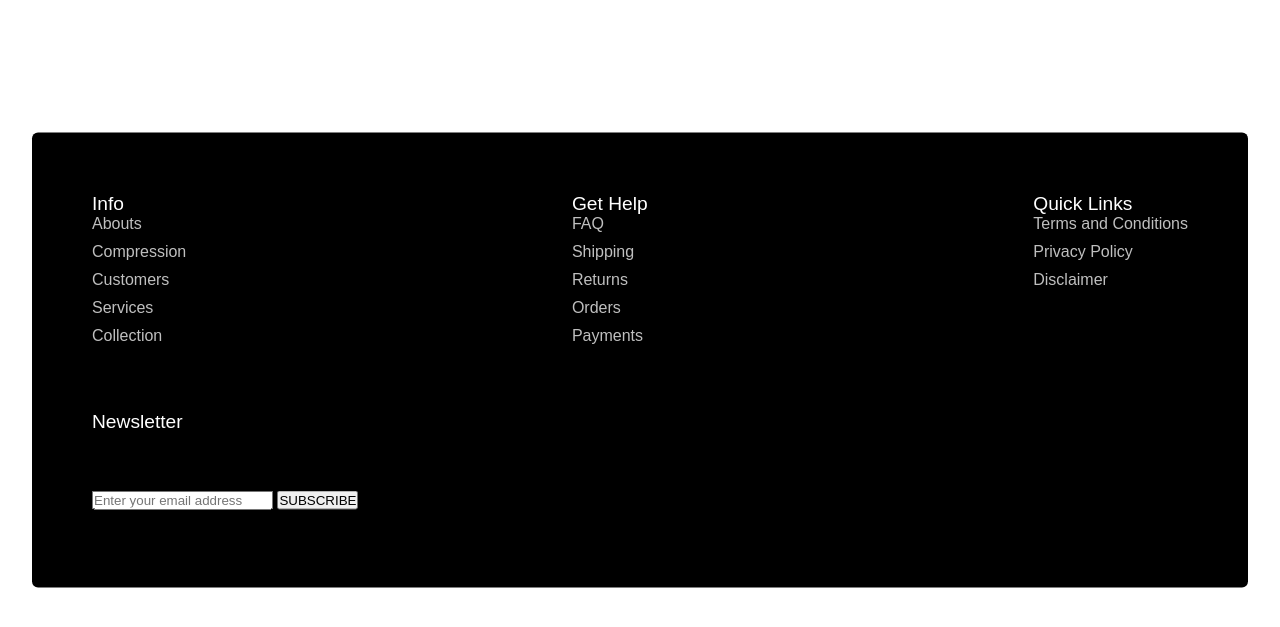
Repository: syni18/responsive_footer
Page: index.html
The author's editor kept a copy of each file at every save. The page is drawn from the files as they stood at one save, then again after a run of saves.
The browser window is 1280 px wide. The pictures show the whole page.
Some web libraries are served in a nearby version.

Above is the page before, as saved 2023-11-03 17:18:22.

After the next 6 saves:
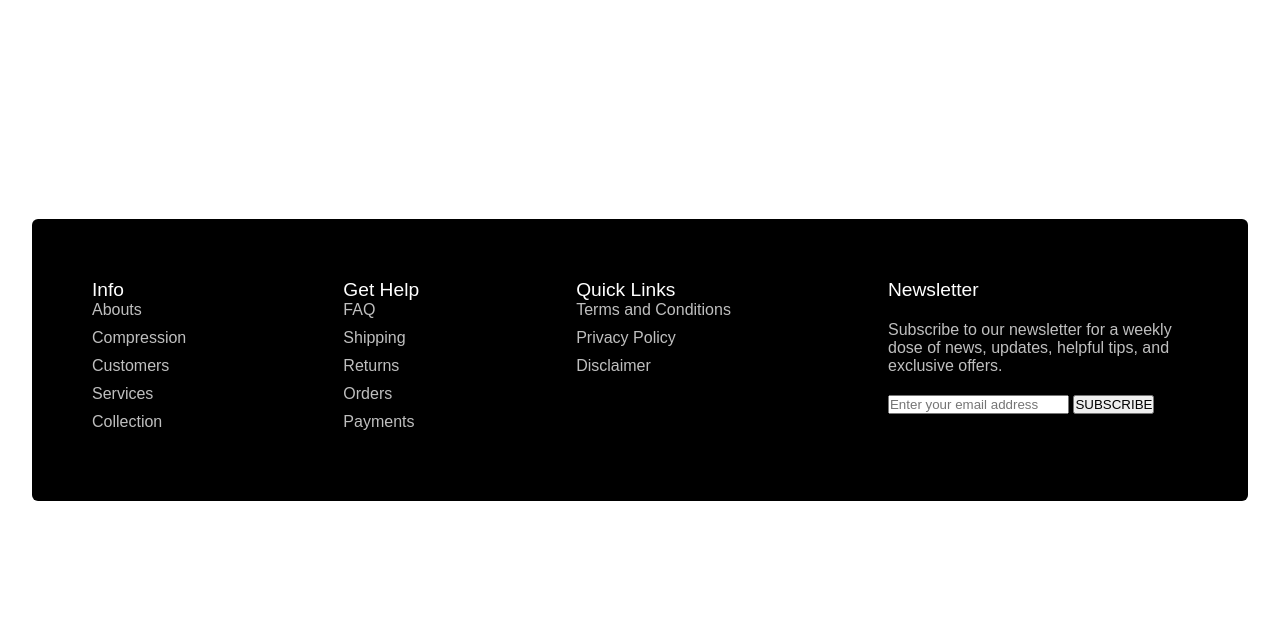
The 6 saves are shown as one change because they came seconds apart.
The last was saved 15 s later.
--- a/style.css
+++ b/style.css
@@ -39,5 +39,6 @@
 }
 .footer-col p {
     margin: 20px 0;
-    color: ;
+    color: #bfbfbf;
+    max-width: 300px;
 }
